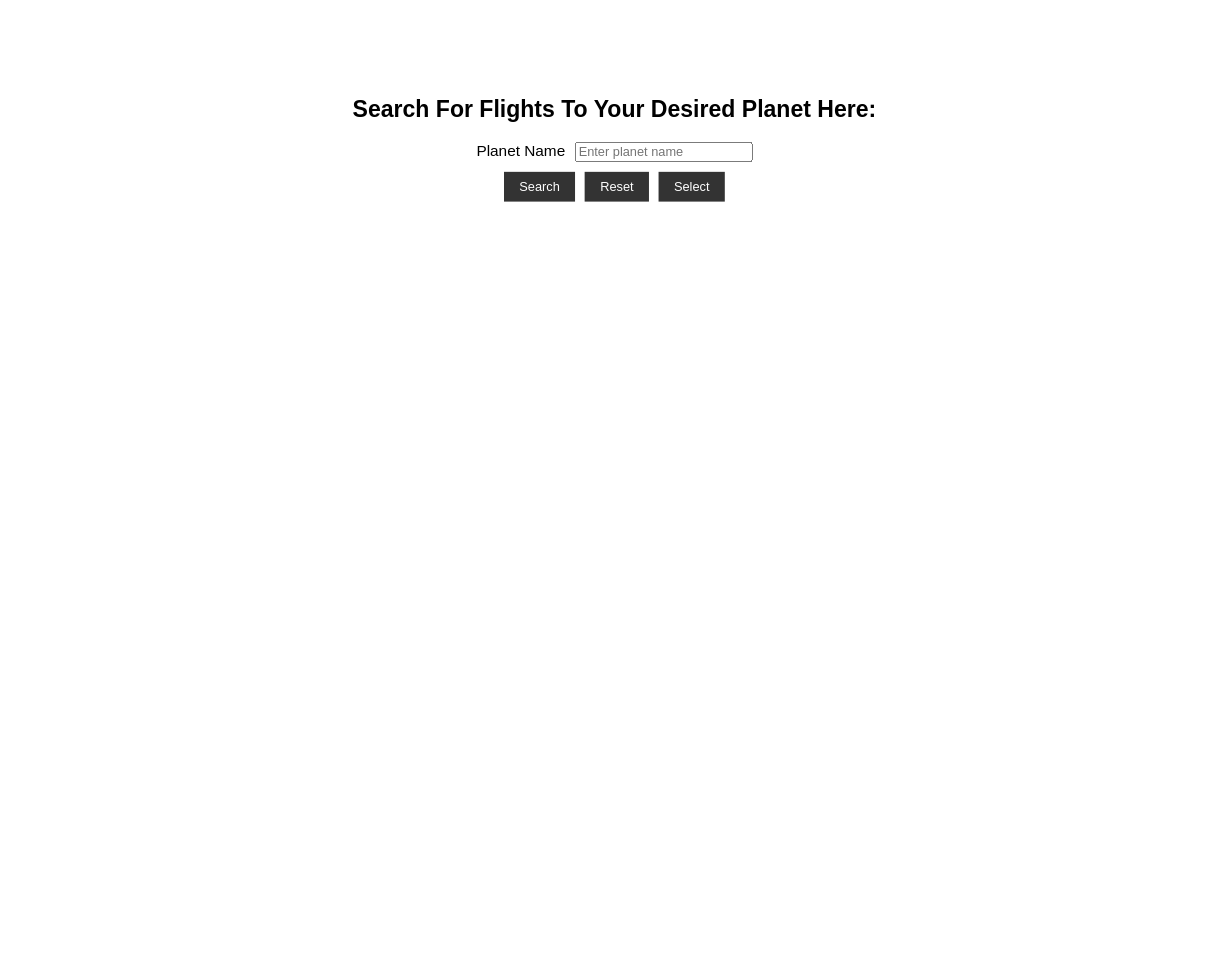
Repository: addisjackson/project-front-end-portfolio2
Page: index.html
The author's editor kept a copy of each file at every save. The page is drawn from the files as they stood at one save, then again after the next save.
The browser window is 1280 px wide. The pictures show the whole page, at 96% of full size.

Above is the page before, as saved 2023-07-17 20:13:33.

### index.html
<!DOCTYPE html>
<html lang="en">
<head>
  <meta charset="UTF-8">
  <meta http-equiv="X-UA-Compatible" content="IE=edge">
  <meta name="viewport" content="width=device-width, initial-scale=1.0">
  <title>Addis' Galactic Flight</title>
  <link rel="stylesheet" href="style.css">
  <script defer src="index.js"></script>
</head>
<body>
  <h1>Addis' Galactic Flights to the Stars (Wars)</h1>
  <form id="searchForm">
    <h2 id="searchPlanet">Search For Flights To Your Desired Planet Here:</h2>
    <div class="name">
      <label for="planetSearch">Planet Name</label>
      <input type="text" name="planetSearch" id="planetSearch" placeholder="Enter planet name">
    </div>
    <div class="buttons">
      <button type="submit" id="searchButton">Search</button>
      <button type="reset" id="resetButton">Reset</button>
      <button type="select" id="selectButton" class="hidden-button">Select</button>
    </div>
  </form>
  <section class="planet-section">
  </section>
</body>
</html>

### style.css
/* style.css */

body {
  font-family: Arial, sans-serif;
  margin: 0;
  padding: 20px;
  background-image: "/assets/hostess.avif"
}

h1 {
  text-align: center;
  position: center;
  z-index: 1;
  color: #fff;
}

form {
  margin-bottom: 50px;
}

.name {
  display: flex;
  align-items: center;
  margin-bottom: 10px;
  justify-content: center;
}

label {
  margin-right: 10px;
}

.buttons {
  display: flex;
  justify-content: center;
}

#searchPlanet {
  text-align: center;
  align-items: center;
}

button {
  margin: 0 5px;
  padding: 8px 16px;
  border: none;
  background-color: #333;
  color: #fff;
  cursor: pointer;
}
.background-video {
  background-repeat: no-repeat;
  background-size: cover;
  background-position: center;
  position: fixed;
  top: 0;
  left: 0;
  width: 100%;
  height: 100%;
  z-index: -1;
  overflow: hidden;
}

.planet-section {
  align-content: center;
  margin-top: 20px;
  display: flex;
  flex-direction: column;
  align-items: center;
  justify-content: center;
  height: 100vh;
  text-align: center;
}

.planet-container {
  display: flex;
  align-items: flex-start;
}

.planet-image {
  flex: 1;
  margin-right: 20px;
}

.planet-info {
  flex: 2;
}

.planetName {
  font-size: 24px;
  font-weight: bold;
}

.planetInfo {
  margin-top: 10px;
}

img {
  max-width: 100%;
  height: auto;
}

.planetError {
  color: red;
  text-align: center;
}

.errorText {
  font-style: italic;
}

### index.js
// Planet information object
const searchedPlanet = [{
  name: "Yavin IV",
  synopsis: "The surface of Yavin 4 was divided into several continental masses, two of which were Starloft and Wetyin. Notable natural formations included Massassi Valley, Skygazer Hill, and the Ferra Groves. The verdant world had a comfortable, temperate climate but a challenging ecosystem and dangerous predators.The moon's landmasses were covered by dense jungles and rain forests whose flora included purple-barked Massassi trees, grenade fungi, bioluminescent orchids, and climbing ferns. Yavin 4 also had swampy areas. The moon, however, was completely lacking in any mineral resources of significance.",
  image: "assets/YavinIV.jpeg"
},
{
  name: "Tatooine",
  synopsis: "`Tatooine was a planet located in the Outer Rim, a region of the galaxy far removed from its core. It had three moons, Ghomrassen, Guermessa, and Chenini.Long ago, Tatooine was covered in oceans and rainforests, but for unknown reasons, it became a hot desert world. Tatooine orbited twin suns, Tatoo I and Tatoo II. The whole planet was covered in harsh deserts, and only a small part of its northern hemisphere could sustain intelligent life. The landscape was covered with sand dunes, mountains, and canyons, which made traversing the planet very difficult. Due to the absence of surface water, those who lived on Tatooine had to draw moisture through the dry air.Rain was incredibly rare on Tatooine, coming once a year, decade, or century. When the rain came, some plants were able to grow in a brief yet glorious period. Inhabiting the planet were many native species, the largest of which were the carnivorous krayt dragons. The common krayt dragon, while more plentiful, was shadowed by the greater krayt dragon, which submerged itself under the shifting sands and used its powerful limbs to traverse through the dunes. In addition, the common bantha and eopie species also found a home on the world, along with dewbacks, rontos, womp rats, massiffs, and scurriers.`",
  image: "assets/Tatooine.jpg"
},
{
  name: "Naboo",
  synopsis: "`Naboo was a small pastoral world in the Mid Rim, located near the border of the Outer Rim Territories. Unlike most other worlds, the ancient planet lacked a molten core, and instead comprised a conglomerate of large, rocky bodies that made up a network of tunnels and flooded caves. The native Gungans, who built their homes in the waters of Naboo, rarely ventured into the core, fearing the ravenous sea beasts which resided in areas such as the Caves of Eleuabad. Despite this, certain Gungan navigators utilized time-honored trade routes through the planet's structure, which served as the most expedient avenues to reach other areas of the planet. Naboo's interior was rich with plasma, a naturally-occurring energy unique to the planet, and this coupled with its lack of molten core gave Naboo a reputation as an enigma to astrophysicists, who regarded the world's structure as an extremely rare phenomenon in the galaxy.`",
  image: "assets/Naboo.jpeg"
},
{
  name: "Kamino",
  synopsis: "`Located seventy thousand light-years from the Core Worlds, in the Abrion sector, Kamino was a remote and inhospitable extragalactic planet which was covered in oceans that held an abundance of life. The native Kaminoans lived on stilt-cities scattered across Kamino's watery surface. The majority of these cities were devoted to cloning projects, as the highly intelligent Kaminoans specialized in cloning for clients needing workers or private security forces, along with other one-off requests. Due to the remoteness of the planet and its extensive rainy season, only occasional representatives of clone purchasing authorities were undeterred from visiting the world. Kamino often experienced heavy rain, and during some parts of the year was covered with heavy electrical storms. During this season, Kaminoans rode on aiwhas underwater and resurfaced once they were near their destination. In the late clone wars, the cloning facilities were protected by the Kamino security clone troopers.`",
  image: "assets/Kamino.png"
},
{
  name: "Jabba",
  synopsis: "`Jabba is a planet located in the Outer Rim, a region of the galaxy far removed from its core. It had three moons, Ghomrassen, Guermessa, and Chenini. Long ago, Jabba was covered in oceans and rainforests, but for unknown reasons, it became a hot desert world. Jabba orbited twin suns, Jabba I and Jabba II.`",
  image: "assets/Jabba.jpeg"
},
{
  name: "Hoth",
  synopsis: '`"Anyone who looks at Hoth from above would be forgiven for thinking it a mostly dead ball of ice". Imperial AT-ATs traverse the frozen landscape on Hoth. From space, the planet of Hoth looked like a pale blue orb due to its dense snow and ice covering. Five planets existed between Hoth and its sun, while an asteroid belt surrounded the planet with meteors occasionally striking the surface.Most of its surface was covered with glaciers and frozen ice plains. Another third of the planet was covered by oceans.The temperature, although always frigid, was known to drop to -60°C come nightfall.Although devoid of intelligent life, Hoth was home to fifteen subspecies of tauntauns, which were commonly used by Rebels as a means of transport, and which Han Solo cut open to use as shelter to keep Luke Skywalker and himself warm during a snowstorm. It was also home to a species of towering predators known as wampas. During his stay on Hoth, Skywalker was captured by a wampa and was hung upside down in the wampa"s cave, waiting to be eaten. Using the power of the Force, Skywalker managed to get his hands on his lightsaber and cut himself down from the roof and sever the wampa"s right arm. The planet also had a number of "crystalline geysers.`',
  image: "assets/Hoth.jpeg"
},
{
  name: "Degobah",
  synopsis: "`Degobah is a planet located in the Outer Rim, a region of the galaxy far removed from its core. It had three moons, Ghomrassen, Guermessa, and Chenini. Long ago, Degobah was covered in oceans and rainforests, but for unknown reasons, it became a hot desert world. Degobah orbited twin suns, Degobah I and Degobah II.",
  image: "assets/Degobah.webp"
},
{
  name: "Bespin",
  synopsis: "`Bespin is a planet located in the Outer Rim, a region of the galaxy far`",
  image: "assets/Bespin.jpeg"
},
{
  name: "Coruscant",
  synopsis: "`Coruscant is a planet located in the Outer Rim, a region of the galaxy far'",
  image: "assets/Coruscant.jpeg"
},
{
  name: "Alderaan",
  synopsis: "`Alderaan is a planet located in the Outer Rim, a region of the galaxy'",
  image: "assets/Alderaan.jpeg"
},
{
  name: "Endor",
  synopsis: "`Endor is a planet located in the Outer Rim, a region of the galaxy'",
  image: "assets/Endor.jpeg"
},
{
  name: "Haden",
  synopsis: "`Haven was the capital city of Iol, a planet in the Unknown Regions that was controlled by the company Tangan Industries. Iol was oldest and largest settlement on Iol, and it consisted of five large, separate domes that were each at least 1 kilometer in diameter. Each dome served a particular function within the city, with one containing Haven's government institutions and another containing the city's financial institutions, and each dome had a residential section that housed workers that were employed within that particular dome. The domes were all connected to one another via a series of tubes, which allowed for easy travel throughout the city.. Haven was also linked to the settlements Menelath and Shirkel, via two repulsortrain tunnels. The city was ran by an administrator, who was selected by Tangan Industries. Around the time of the Clone Wars, the Near-Human Elexia Nis'tar was appointed as Haven's administrator and while Tangan had hoped that she would act as a figurehead that they could manipulate, she distinguished herself by prioritizing the needs of Haven's inhabitants over those of the company. Nis'tar continued to act as the city's administrator until the time of the Yuuzhan Vong war.`",
  image: "assets/Haden.jpg"
}
];

document.getElementById("searchForm").addEventListener("submit", function (event) {
  event.preventDefault();
  let searchParams = "?search=" + document.getElementById("planetSearch").value;
  console.log(searchParams)

let apiUrl = "https://swapi.dev/api/planets/";
let searchedPlanet = document.getElementById("planetSearch").value;
  fetch(apiUrl + searchParams)
    .then((response) => {
         return response.json();
  })
 .then(data => {
    const planet = data.results[0]
    console.log(data.results[0])
    if(typeof planet === "undefined") {
      showError()

    } else {
      renderPlanet(planet);
    }
  })
});

const planetSection = document.querySelector(".planet-section")
function renderPlanet(planet) {
  const planetElement = document.createElement("div");
  const planetName = document.createElement("h2");
planetName.classList.add("planetName")
planetName.innerText = planet.name
planetElement.appendChild(planetName);
planetSection.appendChild(planetElement);

const planetInfo = document.createElement("p");
planetInfo.classList.add("planetInfo");
planetInfo.innerText = searchedPlanet.find(p => p.name.toLowerCase() === planet.name.toLowerCase())?.synopsis || "No info collected";
planetElement.appendChild(planetInfo);

const planetImage = document.createElement("img");
planetImage.src = searchedPlanet.find(p => p.name.toLowerCase() === planet.name.toLowerCase())?.image || "assets/placeholder.jpg";
planetInfo.appendChild(planetImage);

planetContainer.appendChild(planetElement);
planetSection.appendChild(planetContainer);
}


function showError() {
   let planetError = document.createElement("div");
    planetError.classList.add("planetError")
    const errorText = document.createElement("p")
    errorText.classList.add("errorText")
    errorText.innerText = "No flights found to this planet. Please check back in the future as we are always expanding our service area."
    planetError.innerHTML= errorText
    planetError.appendChild(errorText);
    planetSection.appendChild(planetError);

}



function renderPlanet(planet) {
// Clear previous planet elements
const planetSection = document.querySelector(".planet-section");
planetSection.innerHTML = '';
const planetContainer  = document.createElement("div");
planetContainer.classList.add("planet-container");
const planetElement = document.createElement("div");
const planetName = document.createElement("h2");
planetName.classList.add("planetName");
planetName.innerText = planet.name;
planetElement.appendChild(planetName);
planetContainer.appendChild(planetElement);
planetSection.appendChild(planetContainer);

const planetInfo = document.createElement("p");
planetInfo.classList.add("planetInfo");
planetInfo.innerText = searchedPlanet.find(p => p.name.toLowerCase() === planet.name.toLowerCase())?.synopsis || "No info collected";
planetElement.appendChild(planetInfo);
planetContainer.appendChild(planetElement);
planetSection.appendChild(planetContainer);

const planetImage = document.createElement("img");
planetImage.src = searchedPlanet.find(p => p.name.toLowerCase() === planet.name.toLowerCase())?.image || "assets/placeholder.jpg";
planetContainer.appendChild(planetImage);
planetContainer.appendChild(planetElement);
planetSection.appendChild(planetContainer);
planetElement.append(planetImage);


}

function showError() {
// Clear previous error message and planet elements
planetSection.innerHTML = '';

const planetError = document.createElement("div");
planetError.classList.add("planetError");
const errorText = document.createElement("p");
errorText.classList.add("errorText");
errorText.innerText = "No flights found to this planet. Please check back in the future as we are always expanding our service area.";
planetError.appendChild(errorText);
planetSection.appendChild(planetError);
}

After the next save:
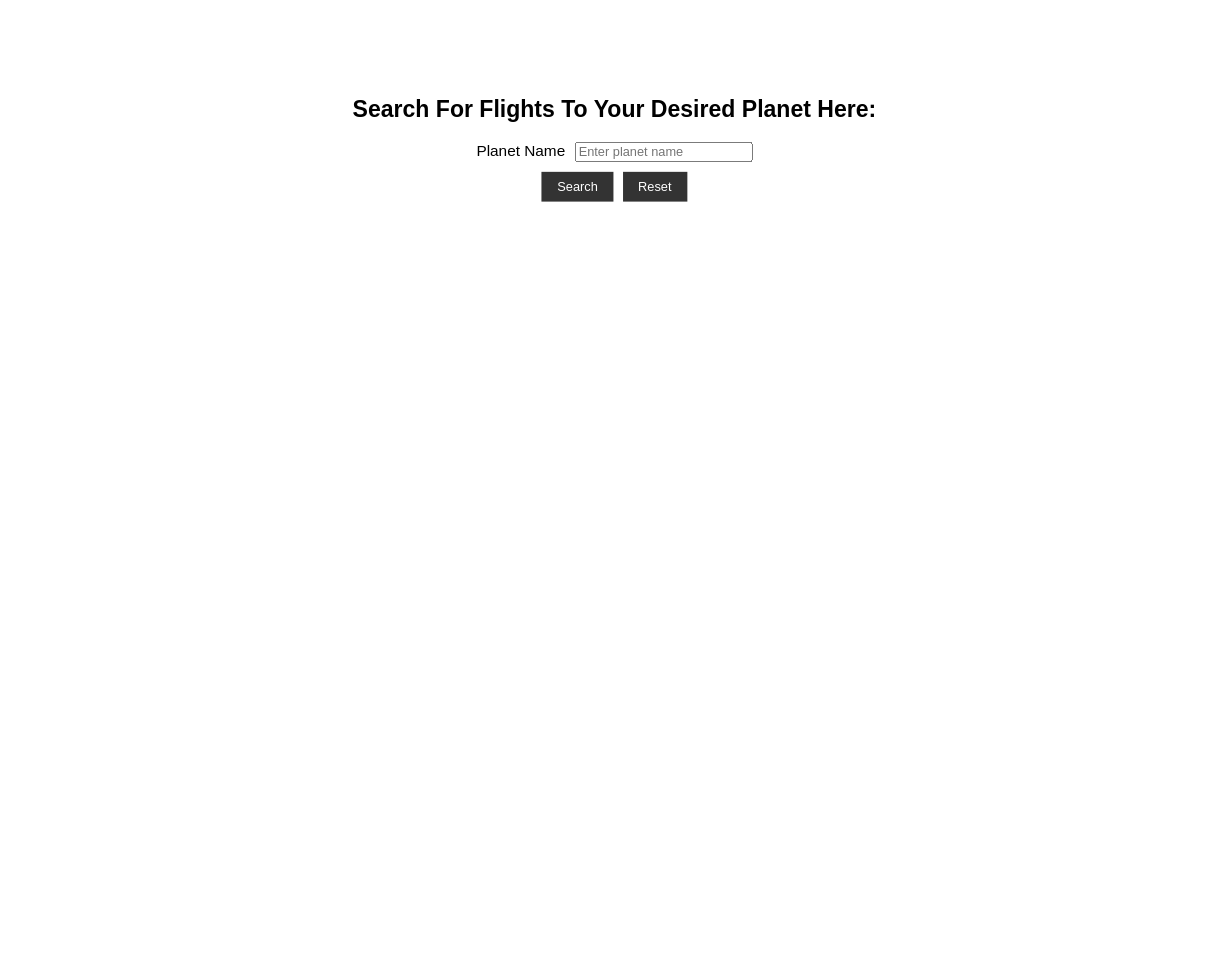
Saved 25 s later.
--- a/style.css
+++ b/style.css
@@ -107,3 +107,7 @@ img {
 .errorText {
   font-style: italic;
 }
+
+.hidden-button {
+  display: none;
+}
